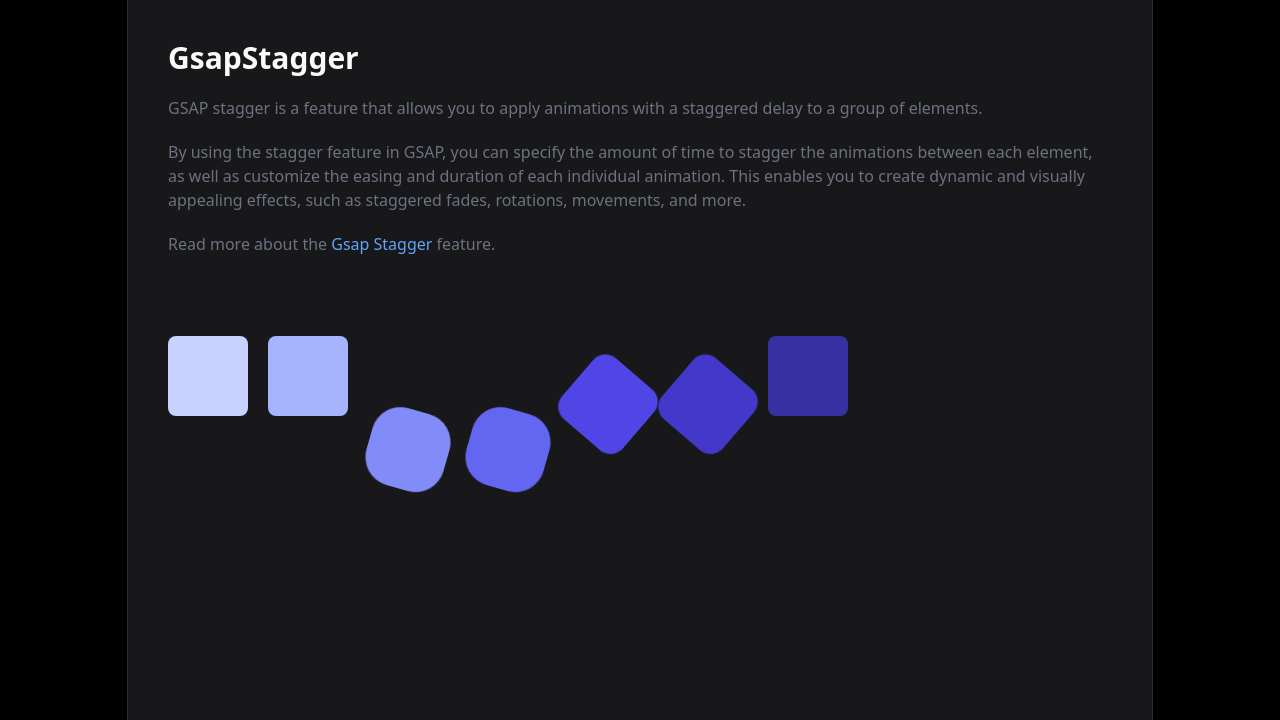
Repository: mgoyeghiaian/gsap-Starter
Page: /gsapstagger
These files come from the project's save history. The page is drawn as it stood at one moment and after a run of saves; the edit follows.
The browser window is 1280 px wide. The pictures show the whole page.
The project was rebuilt for these pictures with package versions that can differ from the ones it lists, and the page was loaded fresh each time. Also part of the build but not shown: vite.config.js, src/pages/Home.jsx, src/pages/GsapTo.jsx, src/pages/GsapFrom.jsx, src/pages/GsapFromTo.jsx, src/pages/GsapTimeline.jsx, src/pages/GsapScrollTrigger.jsx, src/pages/GsapText.jsx.

Above is the page before, as saved 2024-03-17 23:56:03.

### src/pages/GsapStagger.jsx
import { useGSAP } from "@gsap/react";
import gsap from "gsap";

const GsapStagger = () => {
  // TODO: Implement the gsap.stagger() method
  useGSAP(() => {
    gsap.to('.stagger-box', {
      y: 250,
      rotation: 360,
      borderRadius: '100%',
      repeat: -1,
      yoyo: true,
      // stagger: 0.5,
      stagger: {
        amount: 0.4,
        grid: [1,2],
        axis: 'y',
        ease: "circ.inOut",
        from: "center",
      }
    });
  }, [])
  return (
    <main>
      <h1>GsapStagger</h1>

      <p className="mt-5 text-gray-500">
        GSAP stagger is a feature that allows you to apply animations with a
        staggered delay to a group of elements.
      </p>

      <p className="mt-5 text-gray-500">
        By using the stagger feature in GSAP, you can specify the amount of time
        to stagger the animations between each element, as well as customize the
        easing and duration of each individual animation. This enables you to
        create dynamic and visually appealing effects, such as staggered fades,
        rotations, movements, and more.
      </p>

      <p className="mt-5 text-gray-500">
        Read more about the{" "}
        <a
          href="https://gsap.com/resources/getting-started/Staggers"
          target="_blank"
          rel="noreferrer noopener nofollow"
        >
          Gsap Stagger
        </a>{" "}
        feature.
      </p>

      <div className="mt-20">
        <div className="flex gap-5">
          <div className="w-20 h-20 bg-indigo-200 rounded-lg stagger-box" />
          <div className="w-20 h-20 bg-indigo-300 rounded-lg stagger-box" />
          <div className="w-20 h-20 bg-indigo-400 rounded-lg stagger-box" />
          <div className="w-20 h-20 bg-indigo-500 rounded-lg stagger-box" />
          <div className="w-20 h-20 bg-indigo-600 rounded-lg stagger-box" />
          <div className="w-20 h-20 bg-indigo-700 rounded-lg stagger-box" />
          <div className="w-20 h-20 bg-indigo-800 rounded-lg stagger-box" />
        </div>
      </div>
    </main>
  );
};

export default GsapStagger;

Loaded but not shown: index.html (common file); src/main.jsx (common file); src/App.jsx (common file); src/index.css (common file); src/pages/index.jsx (common file); tailwind.config.js (common file)

After the next 2 saves:
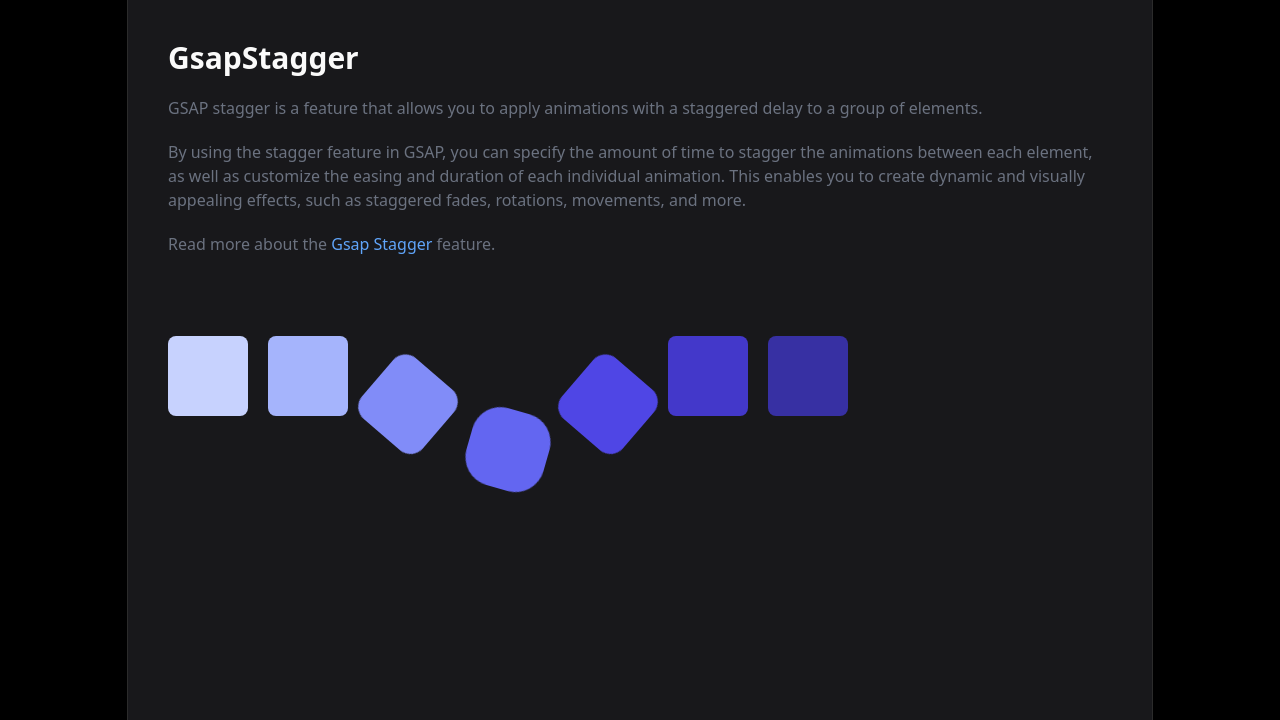
The 2 saves are shown as one change because they came seconds apart.
The last was saved 8 s later.
--- a/src/pages/GsapStagger.jsx
+++ b/src/pages/GsapStagger.jsx
@@ -13,7 +13,7 @@
       // stagger: 0.5,
       stagger: {
         amount: 0.4,
-        grid: [1,2],
+        grid: [2,1],
         axis: 'y',
         ease: "circ.inOut",
         from: "center",
